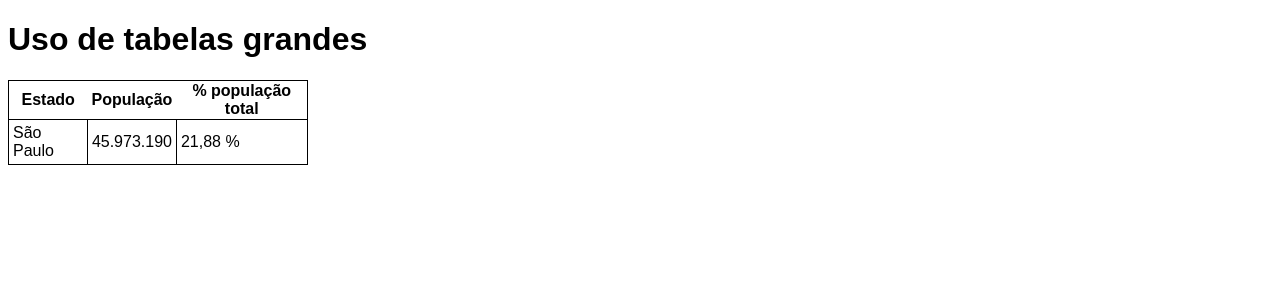
Repository: railsondev/html-css
Page: Módulo3/Exercicios/Ex02 - Tabelas/tabela002.html
An editor plug-in stored every save of this project. The page is shown before and after the next save, followed by the edit.
The browser window is 1280 px wide. The pictures show the whole page.

Above is the page before, as saved 2024-10-18 18:03:42.

### Módulo3/Exercicios/Ex02 - Tabelas/tabela002.html
<!DOCTYPE html>
<html lang="pt-br">
<head>
  <meta charset="UTF-8">
  <meta name="viewport" content="width=device-width, initial-scale=1.0">
  <title>Tabelas grandes</title>
  <link rel="stylesheet" href="src/css/estilo01.css">
</head>
<body>
  <h1>Uso de tabelas grandes</h1>
  <table>
    <thead>
      <tr>
        <th>Estado</th>
        <th>População</th>
        <th>% população total</th>
      </tr>
    </thead>
    <tbody>
      <td>São Paulo</td>
      <td>45.973.190</td>
      <td class="porc">21,88</td>
    </tbody>
    <tfoot>

    </tfoot>
  </table>
</body>
</html>

### Módulo3/Exercicios/Ex02 - Tabelas/src/css/estilo01.css
@charset 'UTF-8';

body {
  font-family: Arial, Helvetica, sans-serif;
}
.porc::after {
  content: ' %';
}

table {
  width: 300px;
  border-collapse: collapse;
}
td, tr {
  border: 1px solid black;
  padding: 4px;
}

After the next save:
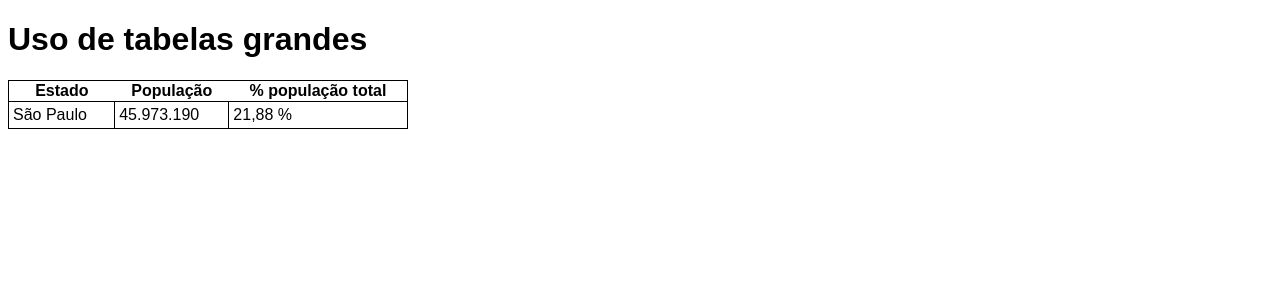
Saved 4 s later.
--- a/Módulo3/Exercicios/Ex02 - Tabelas/src/css/estilo01.css
+++ b/Módulo3/Exercicios/Ex02 - Tabelas/src/css/estilo01.css
@@ -8,7 +8,7 @@ body {
 }
 
 table {
-  width: 300px;
+  width: 400px;
   border-collapse: collapse;
 }
 td, tr {
